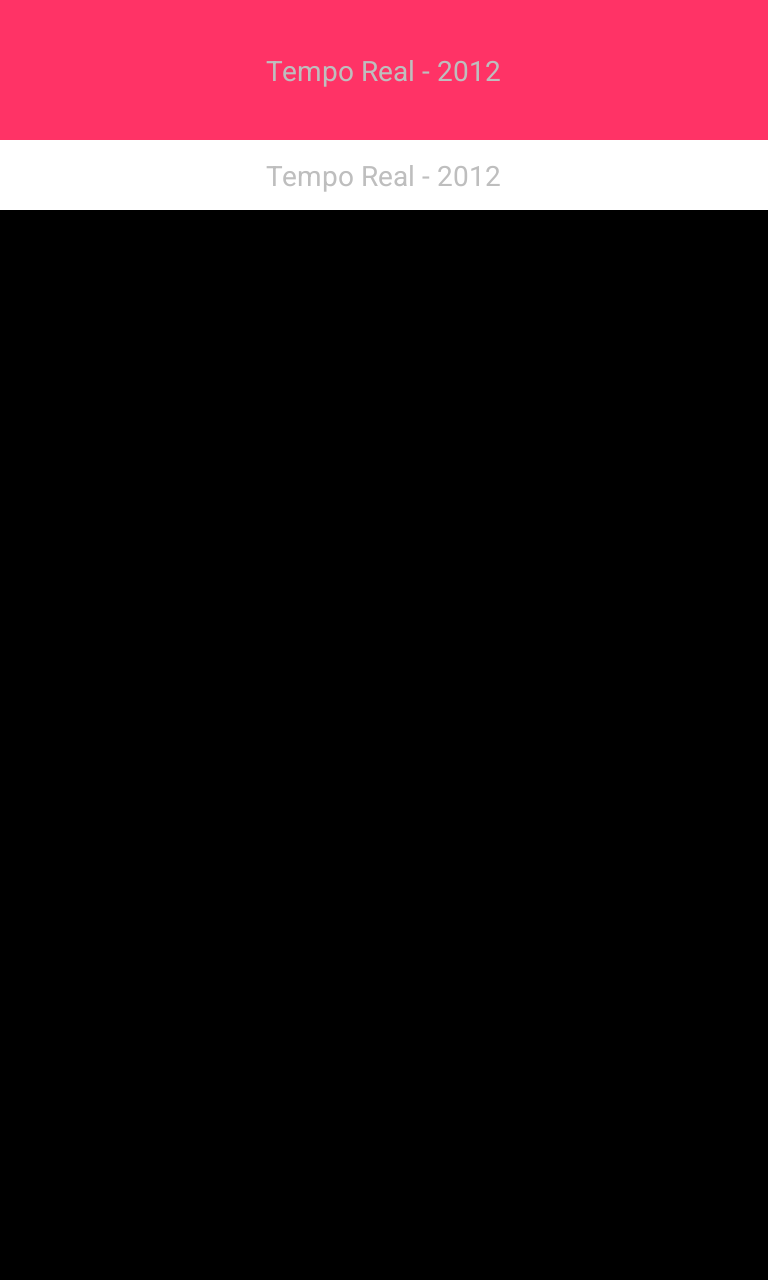
Repository: SuelenGC/Trainings
Layout: TempoRealEventos/HelloAndroid/res/layout/documento_item.xml
The author's editor kept a copy of each file at every save. The layout is drawn from the files as they stood at one save, then again after the next save.
It is drawn on a 768 x 1280 px phone screen (xhdpi) without system bars, with theme android:Theme; the app's code is not run.

Above is the layout before, as saved 2012-06-02 17:42:52.

After the next save:
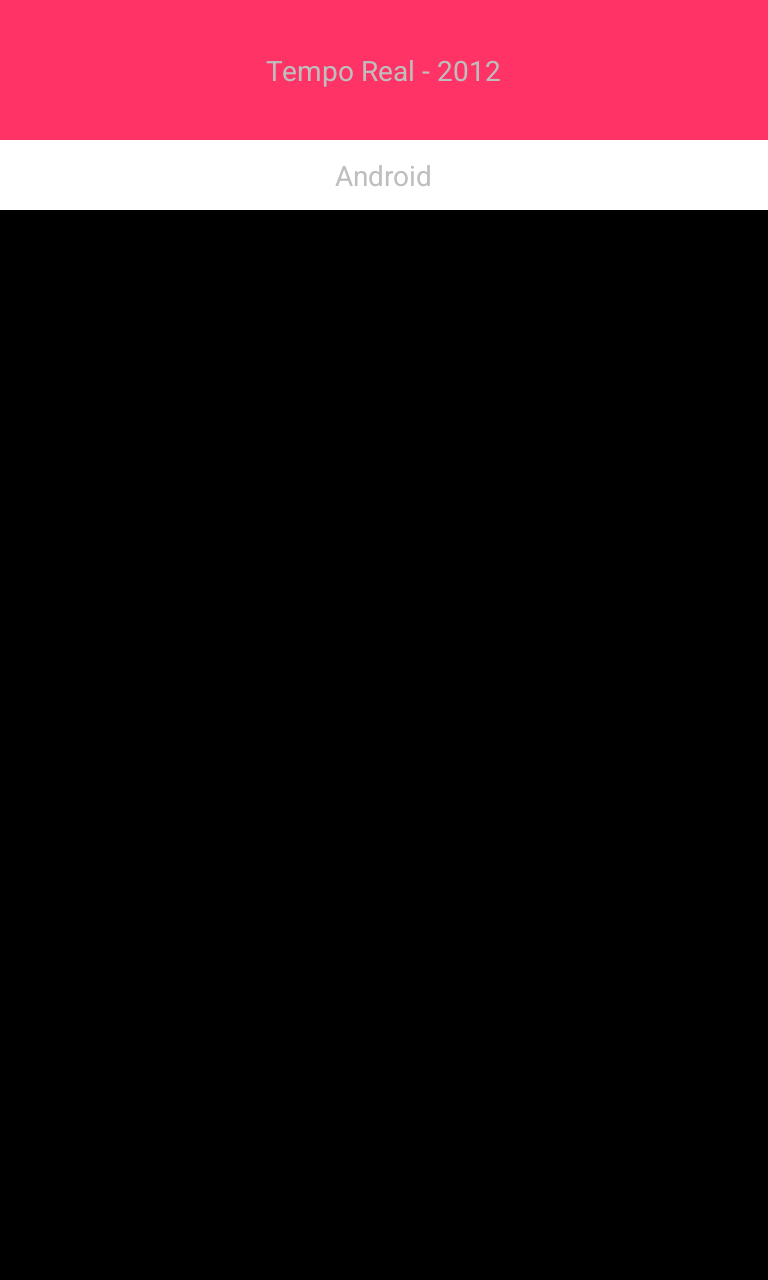
Saved 6 s later.
--- a/TempoRealEventos/HelloAndroid/res/layout/documento_item.xml
+++ b/TempoRealEventos/HelloAndroid/res/layout/documento_item.xml
@@ -29,7 +29,7 @@
 	    <TextView
 	        android:layout_width="wrap_content"
 	        android:layout_height="wrap_content"
-	        android:text="Tempo Real - 2012"
+	        android:text="Android"
 
 	        />
 
